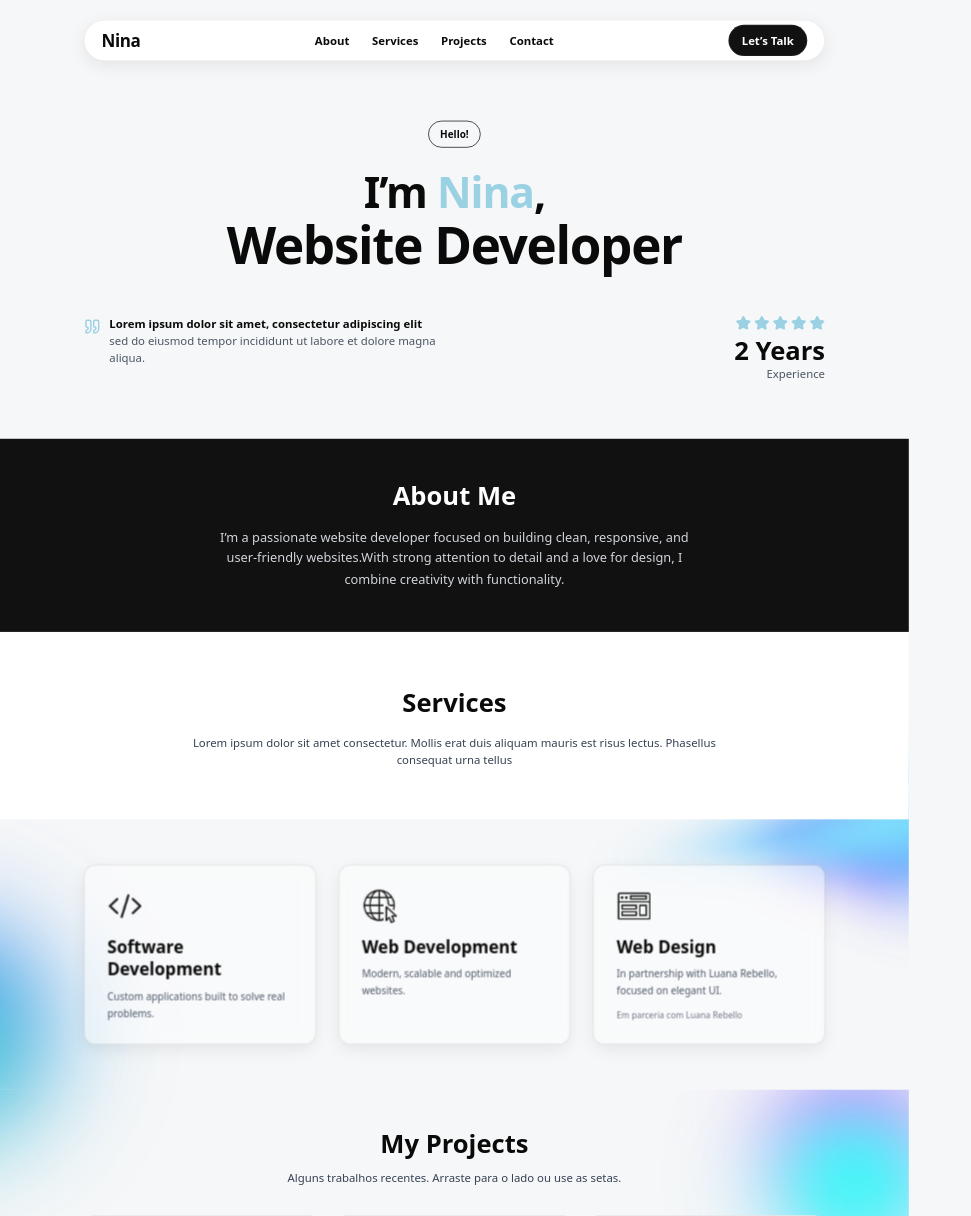
Repository: nina-rebello/portfolio
Page: /
These files come from the project's save history. The page is drawn as it stood at one moment and after the next save; the edit follows.
The browser window is 1280 px wide. The page is 1368 px wide, so the pictures cover 1368 px, including what lies to the right of the window. The pictures show the part of the page from y = 0 to 1712 px (the page is 3770 px tall), at 71% of full size.
Pictures or frames that could not be fetched are drawn as grey boxes. The project was rebuilt for these pictures with package versions that can differ from the ones it lists, and the page was loaded fresh each time. Some packages were replaced by stand-ins written for this rebuild. The framework's server and built-in components were replaced by stand-ins that run in the browser. Also part of the build but not shown: next.config.ts.

Above is the page before, as saved 2025-09-11 19:17:36.

After the next save:
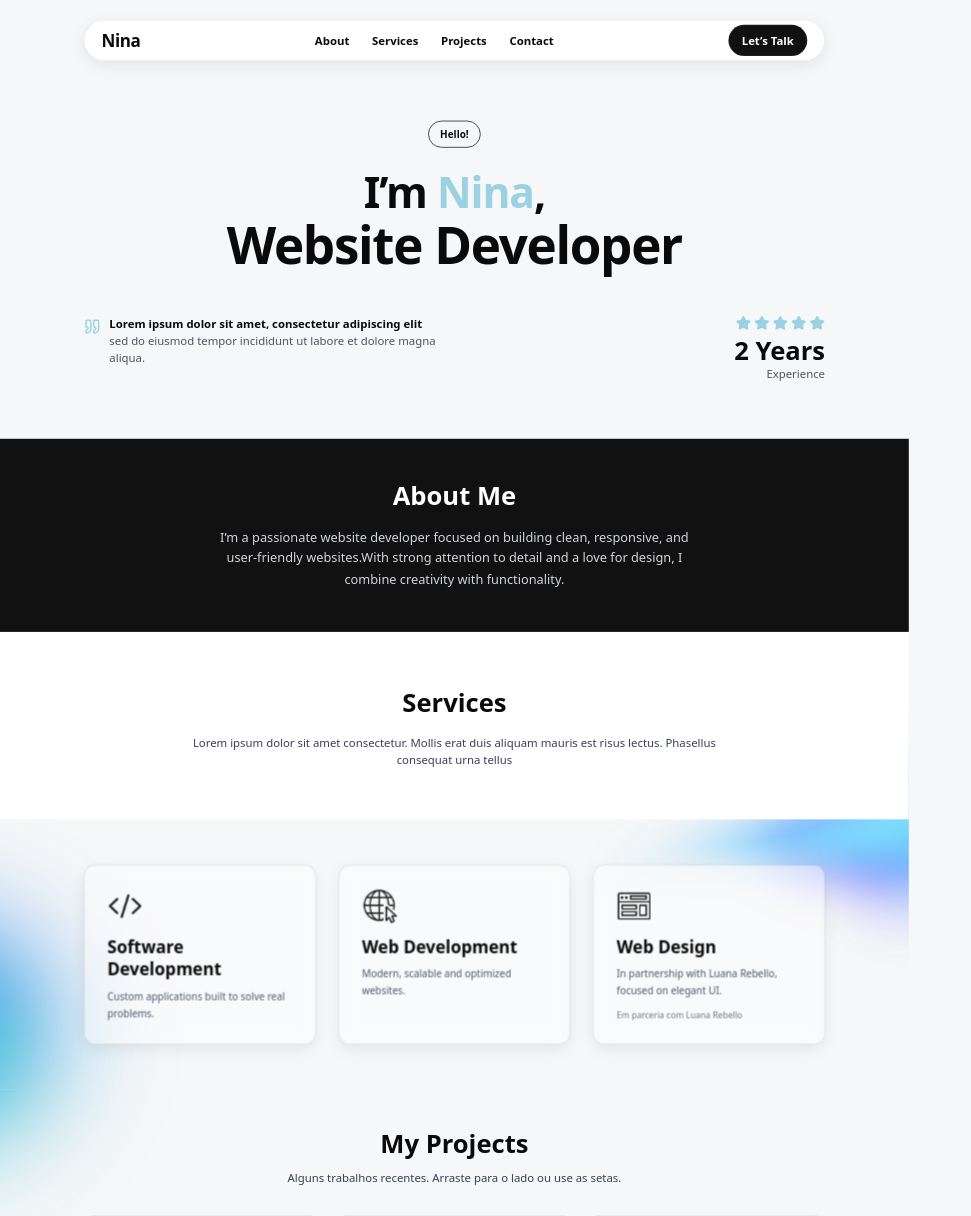
Saved 5 s later.
--- a/components/sections/Projects.tsx
+++ b/components/sections/Projects.tsx
@@ -103,7 +103,7 @@ export default function Projects() {
           alt=""
           width={700}
           height={700}
-          className="absolute -top-50 -right-70 w-[700px] opacity-70"
+          className="absolute top-50 -right-70 w-[700px] opacity-70"
         />
       </div>
 
